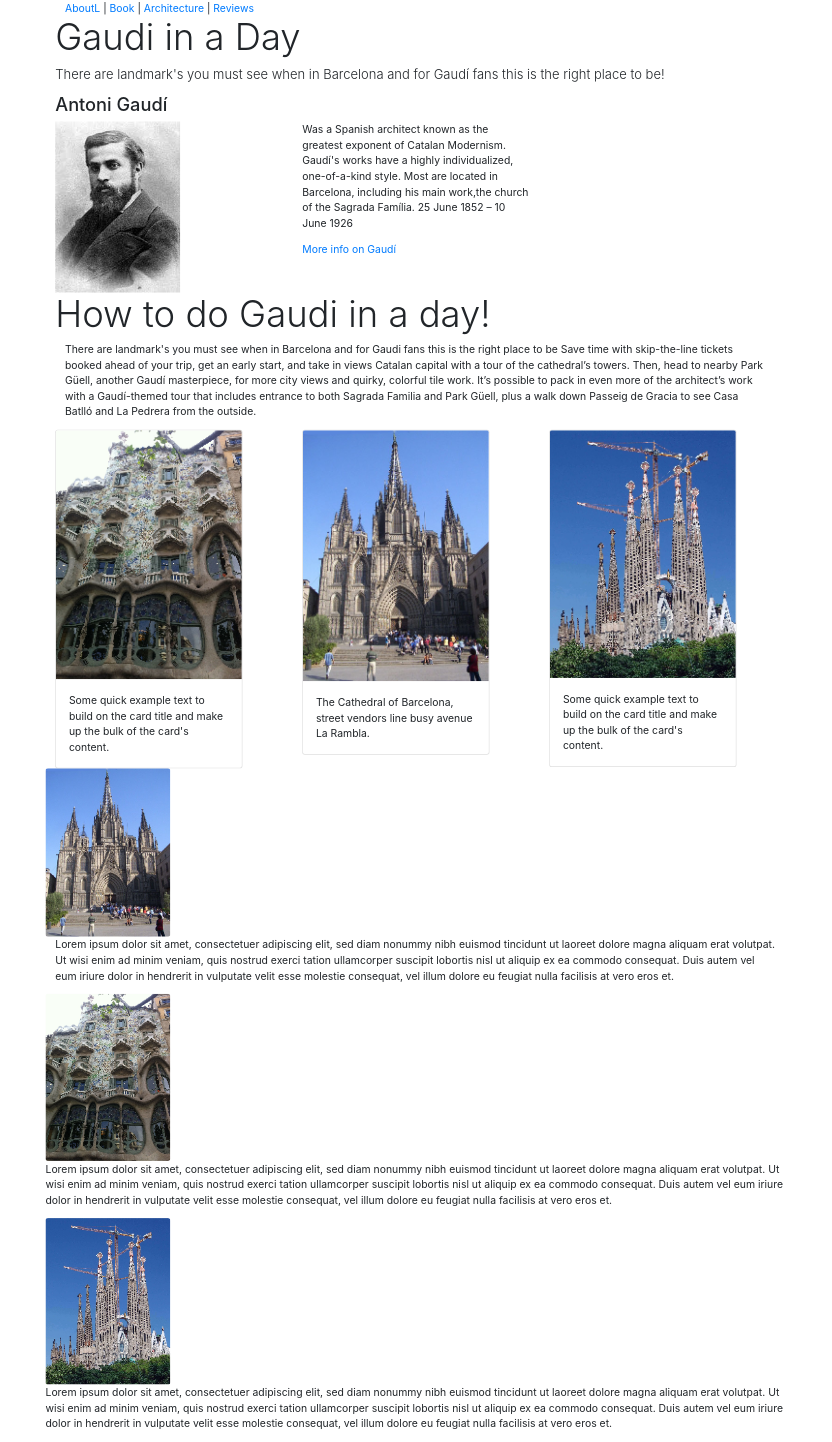
Repository: Taitdanielle/Milestone1
Page: index.html
The author's editor kept a record of every edit. The page is drawn from the files as they stood at one moment, then again after the next edit.
The browser window is 1280 px wide. The pictures show the whole page, at 65% of full size.

Above is the page before.

After the next edit:
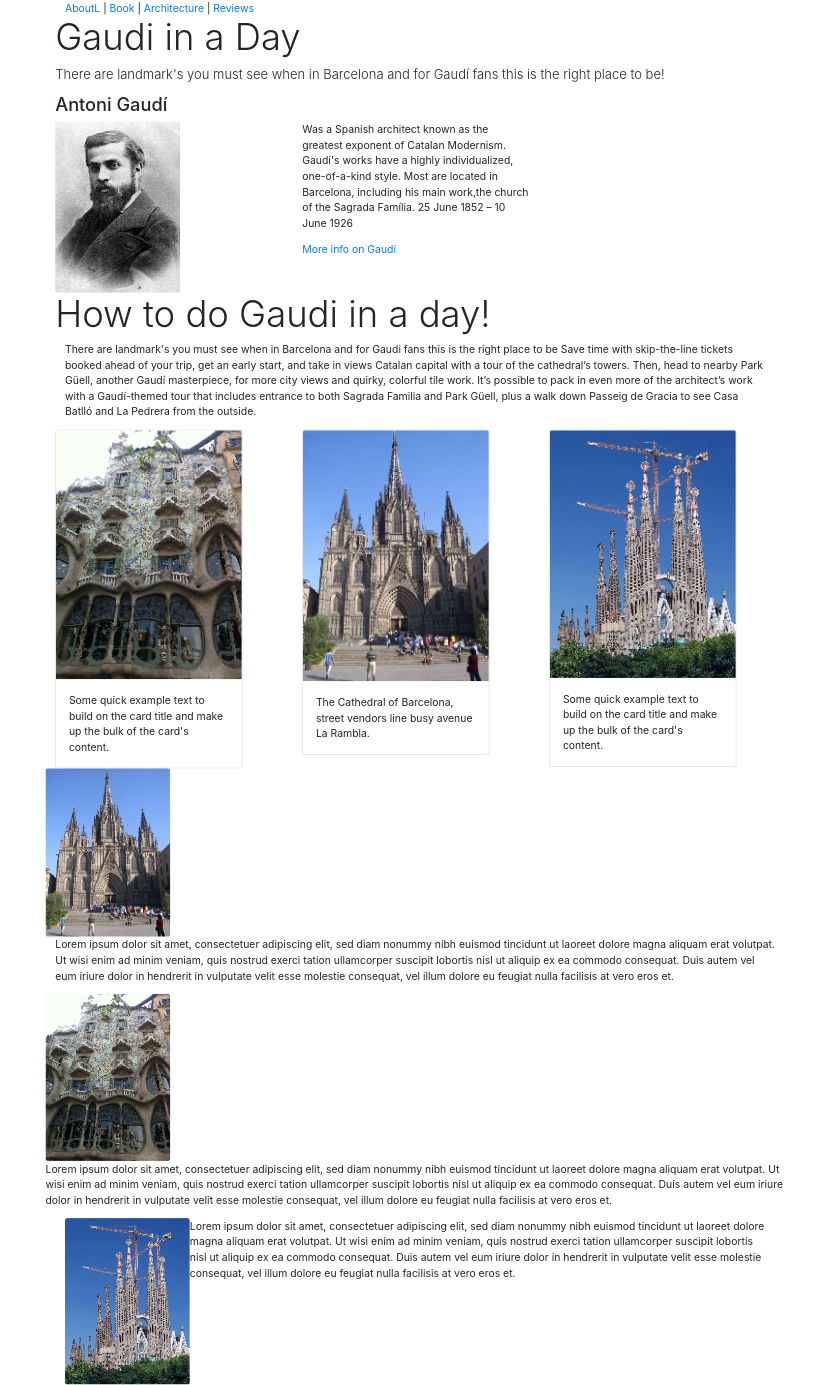
The edit:
--- a/index.html
+++ b/index.html
@@ -97,8 +97,8 @@
                     <p> Lorem ipsum dolor sit amet, consectetuer adipiscing elit, sed diam nonummy nibh euismod tincidunt ut laoreet dolore magna aliquam erat volutpat. Ut wisi enim ad minim veniam, quis nostrud exerci tation ullamcorper suscipit lobortis nisl
                         ut aliquip ex ea commodo consequat. Duis autem vel eum iriure dolor in hendrerit in vulputate velit esse molestie consequat, vel illum dolore eu feugiat nulla facilisis at vero eros et.</p>
                 </div>
+    <div class="container">
 
-                <div class="row">
                     <img src="images/sagrada-familia-1028930_1920.jpg" class="rounded float-left" alt="...">
                     <p> Lorem ipsum dolor sit amet, consectetuer adipiscing elit, sed diam nonummy nibh euismod tincidunt ut laoreet dolore magna aliquam erat volutpat. Ut wisi enim ad minim veniam, quis nostrud exerci tation ullamcorper suscipit lobortis nisl
                         ut aliquip ex ea commodo consequat. Duis autem vel eum iriure dolor in hendrerit in vulputate velit esse molestie consequat, vel illum dolore eu feugiat nulla facilisis at vero eros et.</p>
